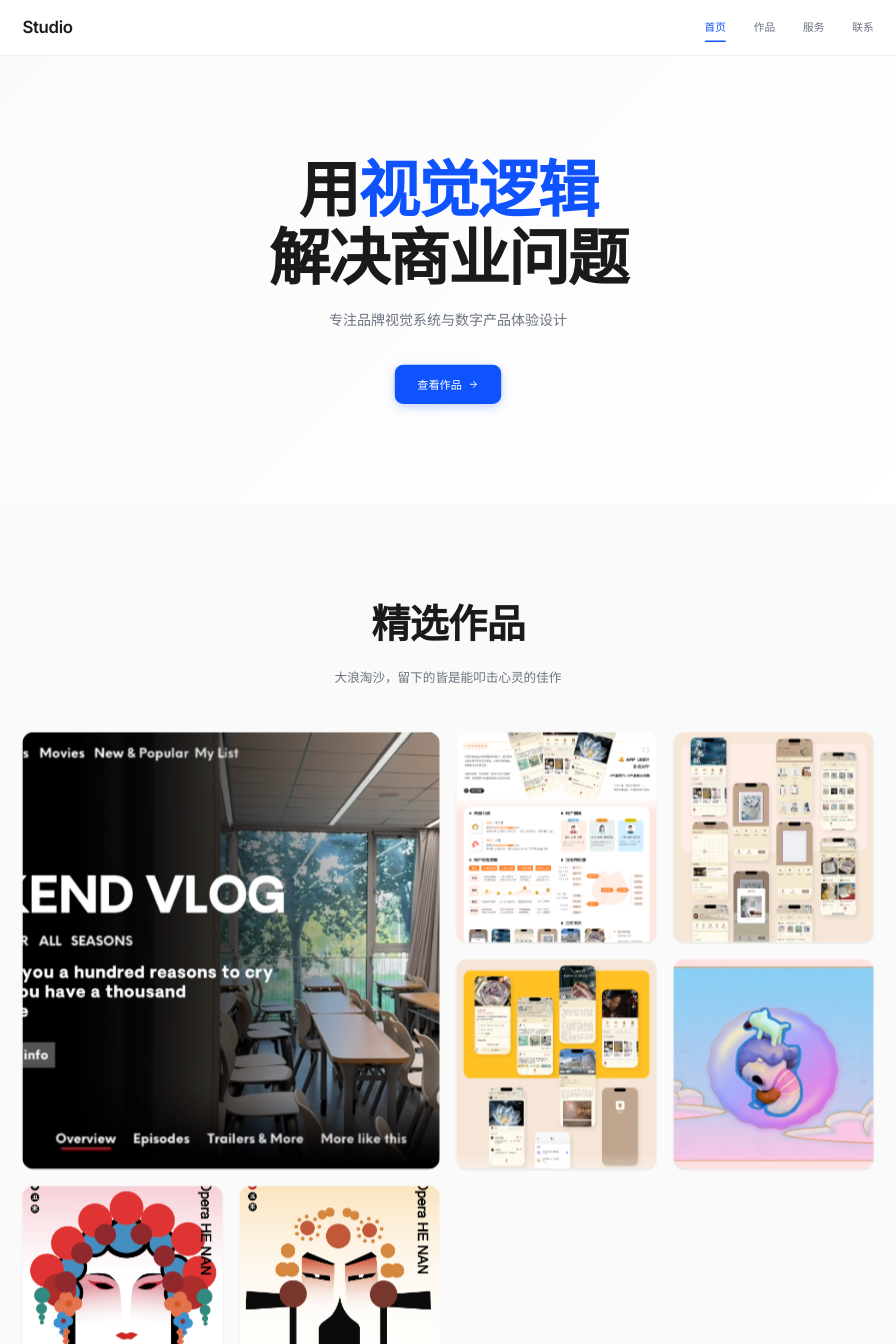
Repository: Nanzhexi/zhexi.github.io
Page: index.html
These files come from the project's save history. The page is drawn as it stood at one moment and after the next save; the edit follows.
The browser window is 1280 px wide. The pictures show the part of the page from y = 0 to 1920 px (the page is 4558 px tall), at 70% of full size.

Above is the page before, as saved 2025-07-03 03:47:08.

### index.html
<!DOCTYPE html>
<html lang="zh-CN">
<head>
    <meta charset="UTF-8">
    <meta name="viewport" content="width=device-width, initial-scale=1.0">
    <title>个人设计师作品集</title>
    <link rel="stylesheet" href="./css/index.css">
    <link rel="preconnect" href="https://fonts.googleapis.com">
    <link rel="preconnect" href="https://fonts.gstatic.com" crossorigin>
    <link href="https://fonts.googleapis.com/css2?family=Inter:wght@300;400;500;600;700&display=swap" rel="stylesheet">
</head>

<body>
    <nav class="navbar">
        <div class="nav-brand">Studio</div>
        <div class="nav-links">
            <a href="#hero" class="nav-link active">首页</a>
            <a href="#portfolio" class="nav-link">作品</a>
            <a href="#services" class="nav-link">服务</a>
            <a href="#contact" class="nav-link">联系</a>
        </div>
    </nav>

    <main id="hero" class="hero">
        <div class="hero-content">
            <h1 class="hero-title">
                用<span class="highlight">视觉逻辑</span><br>
                解决商业问题
            </h1>
            <p class="hero-subtitle">
                专注品牌视觉系统与数字产品体验设计
            </p>
            <button class="cta-button" onclick="document.getElementById('portfolio').scrollIntoView({behavior: 'smooth'})">
                查看作品
                <svg width="16" height="16" viewBox="0 0 24 24" fill="none" stroke="currentColor" stroke-width="2">
                    <path d="M5 12h14M12 5l7 7-7 7"/>
                </svg>
            </button>
        </div>
    </main>

    <section id="portfolio" class="portfolio">
        <div class="portfolio-content">
            <h2 class="portfolio-title">精选作品</h2>
            <p class="portfolio-subtitle">大浪淘沙，留下的皆是能叩击心灵的佳作</p>

            <div class="portfolio-grid">
                <div class="portfolio-item large">
                    <img src="./images/1.png" alt="设计作品1" loading="lazy">
                    <div class="portfolio-overlay">
                        <div class="portfolio-info">
                            <h3>品牌视觉设计</h3>
                            <p>创意海报设计</p>
                        </div>
                    </div>
                </div>

                <div class="portfolio-item">
                    <img src="./images/2.jpg" alt="设计作品2" loading="lazy">
                    <div class="portfolio-overlay">
                        <div class="portfolio-info">
                            <h3>产品包装</h3>
                            <p>时尚配饰设计</p>
                        </div>
                    </div>
                </div>

                <div class="portfolio-item">
                    <img src="./images/3.jpg" alt="设计作品3" loading="lazy">
                    <div class="portfolio-overlay">
                        <div class="portfolio-info">
                            <h3>陶瓷艺术</h3>
                            <p>传统工艺现代化</p>
                        </div>
                    </div>
                </div>

                <div class="portfolio-item">
                    <img src="./images/4.jpg" alt="设计作品4" loading="lazy">
                    <div class="portfolio-overlay">
                        <div class="portfolio-info">
                            <h3>品牌形象</h3>
                            <p>可爱IP设计</p>
                        </div>
                    </div>
                </div>

                <div class="portfolio-item">
                    <img src="./images/6.png" alt="设计作品5" loading="lazy">
                    <div class="portfolio-overlay">
                        <div class="portfolio-info">
                            <h3>空间设计</h3>
                            <p>商业空间规划</p>
                        </div>
                    </div>
                </div>

                <div class="portfolio-item">
                    <img src="./images/7.png" alt="设计作品6" loading="lazy">
                    <div class="portfolio-overlay">
                        <div class="portfolio-info">
                            <h3>餐饮品牌</h3>
                            <p>传统文化融合</p>
                        </div>
                    </div>
                </div>

                <div class="portfolio-item">
                    <img src="./images/8.png" alt="设计作品7" loading="lazy">
                    <div class="portfolio-overlay">
                        <div class="portfolio-info">
                            <h3>数字艺术</h3>
                            <p>创新视觉表达</p>
                        </div>
                    </div>
                </div>
            </div>

            <button class="portfolio-button">
                查看更多作品
                <svg width="16" height="16" viewBox="0 0 24 24" fill="none" stroke="currentColor" stroke-width="2">
                    <path d="M5 12h14M12 5l7 7-7 7"/>
                </svg>
            </button>
        </div>
    </section>

    <!-- Services Section -->
    <section id="services" class="services">
        <div class="services-content">
            <div class="services-header">
                <h2 class="services-title">多维匠艺 <span class="highlight">创领非凡</span></h2>
                <p class="services-subtitle">以创意为舟，匠心为桨，在多元艺术领域破浪前行</p>
            </div>

            <div class="services-grid">
                <div class="service-card">
                    <div class="service-icon">
                        <svg width="48" height="48" viewBox="0 0 24 24" fill="none" stroke="currentColor" stroke-width="1.5">
                            <circle cx="12" cy="12" r="3"/>
                            <path d="M12 1v6m0 6v6m11-7h-6m-6 0H1"/>
                        </svg>
                    </div>
                    <h3 class="service-title">创意洞察</h3>
                    <p class="service-description">以天马行空的想象力为起点，深度洞察市场，在无限创意海洋中开启设计精进</p>
                </div>

                <div class="service-card">
                    <div class="service-icon">
                        <svg width="48" height="48" viewBox="0 0 24 24" fill="none" stroke="currentColor" stroke-width="1.5">
                            <path d="M12 2L2 7l10 5 10-5-10-5z"/>
                            <path d="M2 17l10 5 10-5"/>
                            <path d="M2 12l10 5 10-5"/>
                        </svg>
                    </div>
                    <h3 class="service-title">匠心雕琢</h3>
                    <p class="service-description">以专业的匠心精神，打磨每一处细节，用双手与智慧赋予千作品灵魂</p>
                </div>

                <div class="service-card">
                    <div class="service-icon">
                        <svg width="48" height="48" viewBox="0 0 24 24" fill="none" stroke="currentColor" stroke-width="1.5">
                            <rect x="3" y="3" width="18" height="18" rx="2" ry="2"/>
                            <circle cx="9" cy="9" r="2"/>
                            <path d="M21 15l-3.086-3.086a2 2 0 0 0-2.828 0L6 21"/>
                        </svg>
                    </div>
                    <h3 class="service-title">多元创艺</h3>
                    <p class="service-description">跨越艺术与设计的边界，融合传统与现代，为客户不同领域与场景</p>
                </div>

                <div class="service-card">
                    <div class="service-icon">
                        <svg width="48" height="48" viewBox="0 0 24 24" fill="none" stroke="currentColor" stroke-width="1.5">
                            <path d="M14.7 6.3a1 1 0 0 0 0 1.4l1.6 1.6a1 1 0 0 0 1.4 0l3.77-3.77a6 6 0 0 1-7.94 7.94l-6.91 6.91a2.12 2.12 0 0 1-3-3l6.91-6.91a6 6 0 0 1 7.94-7.94l-3.76 3.76z"/>
                        </svg>
                    </div>
                    <h3 class="service-title">视觉赋能</h3>
                    <p class="service-description">深度挖掘品牌的力量，用视觉语言与巧妙构思，为品牌赋予强大的生命力</p>
                </div>
            </div>
        </div>
    </section>

    <!-- Contact Section -->
    <section id="contact" class="contact">
        <div class="contact-content">
            <div class="contact-text">
                <h2 class="contact-title">让我们一起创造<span class="highlight">精彩</span></h2>
                <p class="contact-subtitle">有项目想法？让我们聊聊如何将您的愿景变为现实</p>

                <div class="contact-info">
                    <div class="contact-item">
                        <svg width="20" height="20" viewBox="0 0 24 24" fill="none" stroke="currentColor" stroke-width="2">
                            <path d="M4 4h16c1.1 0 2 .9 2 2v12c0 1.1-.9 2-2 2H4c-1.1 0-2-.9-2-2V6c0-1.1.9-2 2-2z"/>
                            <polyline points="22,6 12,13 2,6"/>
                        </svg>
                        <span>hello@designer.com</span>
                    </div>

                    <div class="contact-item">
                        <svg width="20" height="20" viewBox="0 0 24 24" fill="none" stroke="currentColor" stroke-width="2">
                            <path d="M22 16.92v3a2 2 0 0 1-2.18 2 19.79 19.79 0 0 1-8.63-3.07 19.5 19.5 0 0 1-6-6 19.79 19.79 0 0 1-3.07-8.67A2 2 0 0 1 4.11 2h3a2 2 0 0 1 2 1.72 12.84 12.84 0 0 0 .7 2.81 2 2 0 0 1-.45 2.11L8.09 9.91a16 16 0 0 0 6 6l1.27-1.27a2 2 0 0 1 2.11-.45 12.84 12.84 0 0 0 2.81.7A2 2 0 0 1 22 16.92z"/>
                        </svg>
                        <span>+86 138 0013 8000</span>
                    </div>

                    <div class="contact-item">
                        <svg width="20" height="20" viewBox="0 0 24 24" fill="none" stroke="currentColor" stroke-width="2">
                            <path d="M21 10c0 7-9 13-9 13s-9-6-9-13a9 9 0 0 1 18 0z"/>
                            <circle cx="12" cy="10" r="3"/>
                        </svg>
                        <span>北京市朝阳区设计园区</span>
                    </div>
                </div>
            </div>

            <div class="contact-form">
                <form>
                    <div class="form-group">
                        <input type="text" placeholder="您的姓名" required>
                    </div>
                    <div class="form-group">
                        <input type="email" placeholder="邮箱地址" required>
                    </div>
                    <div class="form-group">
                        <input type="text" placeholder="项目类型">
                    </div>
                    <div class="form-group">
                        <textarea placeholder="项目描述" rows="4" required></textarea>
                    </div>
                    <button type="submit" class="submit-button">
                        发送消息
                        <svg width="16" height="16" viewBox="0 0 24 24" fill="none" stroke="currentColor" stroke-width="2">
                            <line x1="22" y1="2" x2="11" y2="13"/>
                            <polygon points="22,2 15,22 11,13 2,9 22,2"/>
                        </svg>
                    </button>
                </form>
            </div>
        </div>
    </section>

    <!-- Footer -->
    <footer class="footer">
        <div class="footer-content">
            <div class="footer-left">
                <div class="footer-brand">Designer</div>
                <p>专注于创造有意义的设计体验</p>
            </div>

            <div class="footer-links">
                <div class="footer-column">
                    <h4>服务</h4>
                    <a href="#">品牌设计</a>
                    <a href="#">产品设计</a>
                    <a href="#">空间设计</a>
                    <a href="#">数字艺术</a>
                </div>

                <div class="footer-column">
                    <h4>关于</h4>
                    <a href="#">设计理念</a>
                    <a href="#">团队介绍</a>
                    <a href="#">合作伙伴</a>
                    <a href="#">新闻动态</a>
                </div>

                <div class="footer-column">
                    <h4>联系</h4>
                    <a href="#">联系方式</a>
                    <a href="#">项目咨询</a>
                    <a href="#">加入我们</a>
                    <a href="#">意见反馈</a>
                </div>
            </div>
        </div>

        <div class="footer-bottom">
            <p>&copy; 2024 Designer. 保留所有权利</p>
            <div class="social-links">
                <a href="#" aria-label="微信">
                    <svg width="20" height="20" viewBox="0 0 24 24" fill="currentColor">
                        <path d="M8.5 12.5c0 .8-.7 1.5-1.5 1.5s-1.5-.7-1.5-1.5.7-1.5 1.5-1.5 1.5.7 1.5 1.5zm7-1.5c-.8 0-1.5.7-1.5 1.5s.7 1.5 1.5 1.5 1.5-.7 1.5-1.5-.7-1.5-1.5-1.5z"/>
                    </svg>
                </a>
                <a href="#" aria-label="微博">
                    <svg width="20" height="20" viewBox="0 0 24 24" fill="currentColor">
                        <path d="M12 2C6.48 2 2 6.48 2 12s4.48 10 10 10 10-4.48 10-10S17.52 2 12 2z"/>
                    </svg>
                </a>
                <a href="#" aria-label="邮箱">
                    <svg width="20" height="20" viewBox="0 0 24 24" fill="currentColor">
                        <path d="M20 4H4c-1.1 0-1.99.9-1.99 2L2 18c0 1.1.9 2 2 2h16c1.1 0 2-.9 2-2V6c0-1.1-.9-2-2-2zm0 4l-8 5-8-5V6l8 5 8-5v2z"/>
                    </svg>
                </a>
            </div>
        </div>
    </footer>

    <script>
        // 平滑滚动导航
        document.querySelectorAll('a[href^="#"]').forEach(anchor => {
            anchor.addEventListener('click', function (e) {
                e.preventDefault();
                const target = document.querySelector(this.getAttribute('href'));
                if (target) {
                    target.scrollIntoView({
                        behavior: 'smooth',
                        block: 'start'
                    });
                }
            });
        });

        // 导航栏滚动效果和活动状态
        window.addEventListener('scroll', () => {
            const navbar = document.querySelector('.navbar');
            const sections = document.querySelectorAll('section, main');
            const navLinks = document.querySelectorAll('.nav-link');

            // 导航栏背景效果
            if (window.scrollY > 50) {
                navbar.classList.add('scrolled');
            } else {
                navbar.classList.remove('scrolled');
            }

            // 活动状态
            let current = '';
            sections.forEach(section => {
                const sectionTop = section.offsetTop;
                const sectionHeight = section.clientHeight;
                if (scrollY >= (sectionTop - 200)) {
                    current = section.getAttribute('id');
                }
            });

            navLinks.forEach(link => {
                link.classList.remove('active');
                if (link.getAttribute('href') === `#${current}`) {
                    link.classList.add('active');
                }
            });
        });

        // 表单提交处理
        document.querySelector('form').addEventListener('submit', function(e) {
            e.preventDefault();

            // 获取表单数据
            const formData = new FormData(this);
            const name = this.querySelector('input[type="text"]').value;
            const email = this.querySelector('input[type="email"]').value;
            const project = this.querySelector('input[type="text"]:nth-of-type(2)').value;
            const message = this.querySelector('textarea').value;

            // 简单验证
            if (!name || !email || !message) {
                alert('请填写必填字段');
                return;
            }

            // 模拟发送成功
            alert('消息发送成功！我们会尽快回复您。');
            this.reset();
        });
    </script>
</body>
</html>

Loaded but not shown: css/index.css (1106 lines, source omitted)

After the next save:
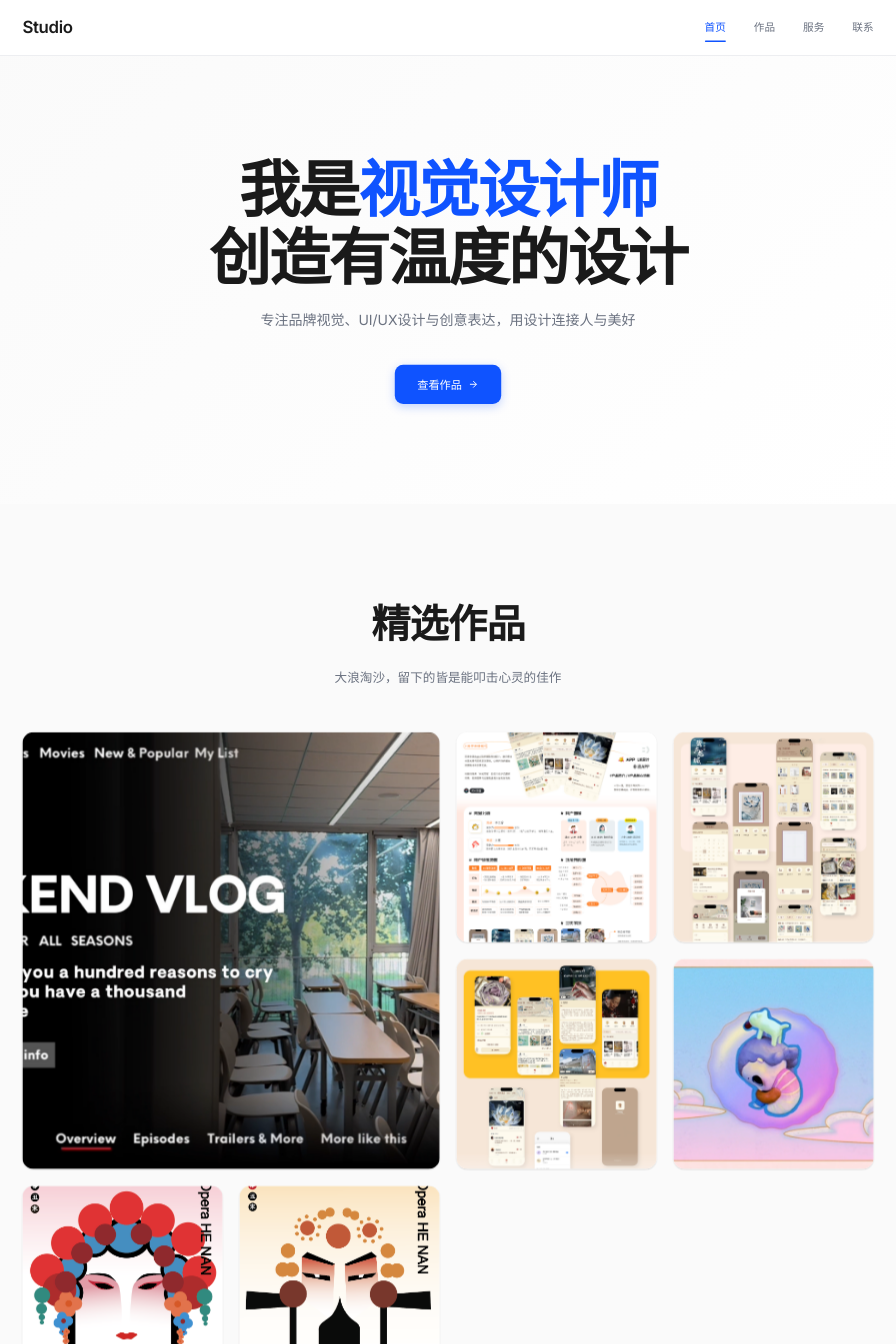
Saved 15 s later.
--- a/index.html
+++ b/index.html
@@ -24,11 +24,11 @@
     <main id="hero" class="hero">
         <div class="hero-content">
             <h1 class="hero-title">
-                用<span class="highlight">视觉逻辑</span><br>
-                解决商业问题
+                我是<span class="highlight">视觉设计师</span><br>
+                创造有温度的设计
             </h1>
             <p class="hero-subtitle">
-                专注品牌视觉系统与数字产品体验设计
+                专注品牌视觉、UI/UX设计与创意表达，用设计连接人与美好
             </p>
             <button class="cta-button" onclick="document.getElementById('portfolio').scrollIntoView({behavior: 'smooth'})">
                 查看作品
